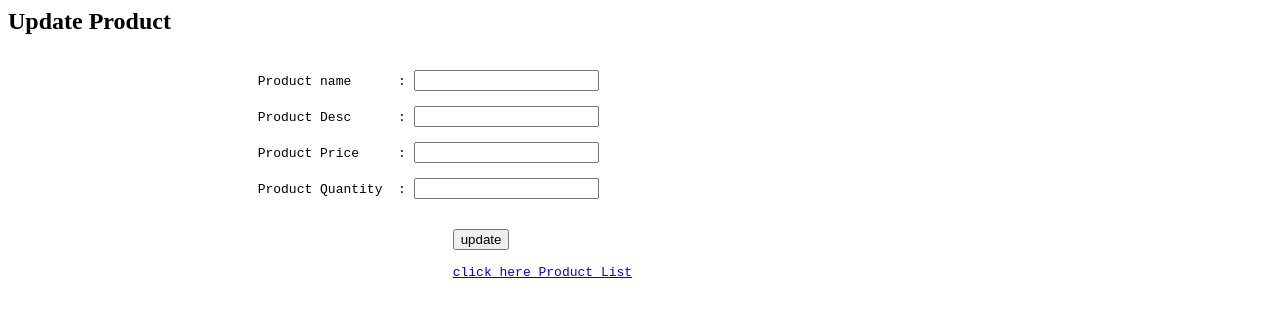
Repository: Takshmalviya1995/Spring-all-curd-operation
Page: http://localhost/zohoadminboot/WEB-INF/jsp/updateproduct.jsp
An editor plug-in stored every save of this project. The page is shown before and after the next save, followed by the edit.
The browser window is 1280 px wide. The pictures show the whole page.
The page is served by Tomcat 9. Nobody is signed in. Other server files are loaded and not shown. The template is opened directly, without the code that normally fills it, so the values that code supplies are empty.

Above is the page before, as saved 2018-08-01 09:48:03.

### Spring Boot Curd Operation/zohoboot/zohoadminboot/src/main/webapp/WEB-INF/jsp/updateproduct.jsp
<%@ page language="java" contentType="text/html; charset=ISO-8859-1"
    pageEncoding="ISO-8859-1"%>
<%@ taglib prefix="form" uri="http://www.springframework.org/tags/form"%>
<%@ taglib prefix="c" uri="http://java.sun.com/jsp/jstl/core" %>
<html>
<head>
<meta http-equiv="Content-Type" content="text/html; charset=ISO-8859-1">
<title>Insert title here</title>
</head>
<body>
<h2>Update Product</h2>
<form:form action="editprod" method="post" modelAttribute="product">
		<pre>
 				<form:errors path="prodname" class="error"/>
				Product name      : <form:input path="prodname"/>
 				<form:errors path="proddesc" class="error"/>
				Product Desc      : <form:input path="proddesc"/>
 				<form:errors path="prodprice" class="error"/>
				Product Price     : <form:input path="prodprice"/>
				<form:errors path="prodqty" class="error"/>
				Product Quantity  : <form:input path="prodqty"/>

				<%-- <form:input path="ProdImage" id="ProdImage" type="file" /> --%>
							 <input type="submit" value="update"/>

							 <a href="product">click here Product List</a>


		</pre>
</form:form>


</body>
</html>

After the next save:
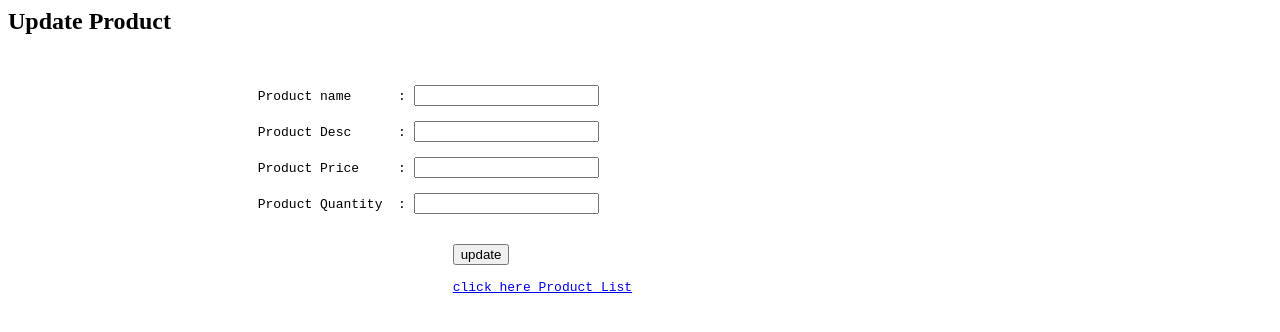
Saved 3 min 39 s later.
--- a/Spring Boot Curd Operation/zohoboot/zohoadminboot/src/main/webapp/WEB-INF/jsp/updateproduct.jsp
+++ b/Spring Boot Curd Operation/zohoboot/zohoadminboot/src/main/webapp/WEB-INF/jsp/updateproduct.jsp
@@ -10,7 +10,10 @@
 <body>
 <h2>Update Product</h2>
 <form:form action="editprod" method="post" modelAttribute="product">
+
+		<form:input type="hidden" path="id" id="id"/>
 		<pre>
+
  				<form:errors path="prodname" class="error"/>
 				Product name      : <form:input path="prodname"/>
  				<form:errors path="proddesc" class="error"/>
